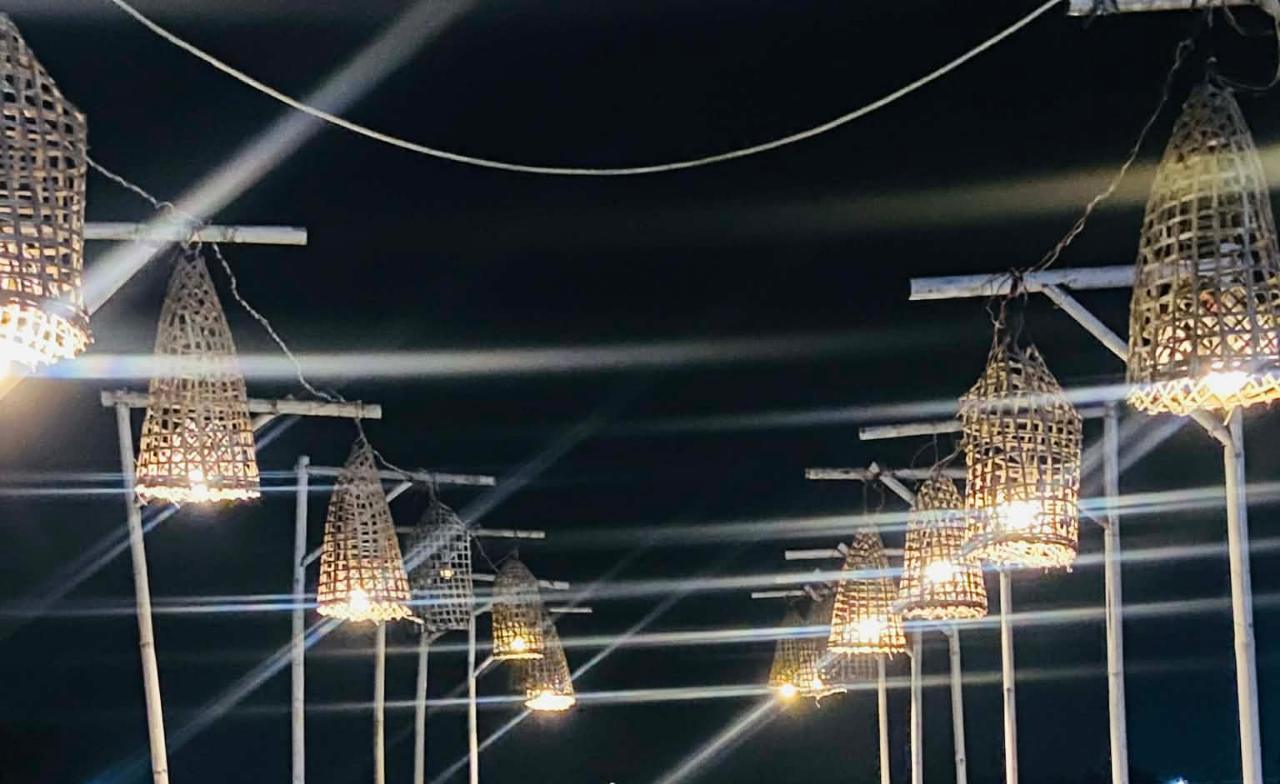
Repository: ridhukhan/chatapp
Page: / (app in frontend/)
These files come from the project's save history. The page is drawn as it stood at one moment and after the next save; the edit follows.
The browser window is 1280 px wide. The pictures show the whole page.
Backgrounds fixed to the window are drawn as part of the page. The project was rebuilt for these pictures with package versions that can differ from the ones it lists, and the page was loaded fresh each time. Also part of the build but not shown: frontend/vite.config.js, frontend/src/Pages/login/Login.jsx.

Above is the page before, as saved 2025-12-25 13:08:15.

After the next save:
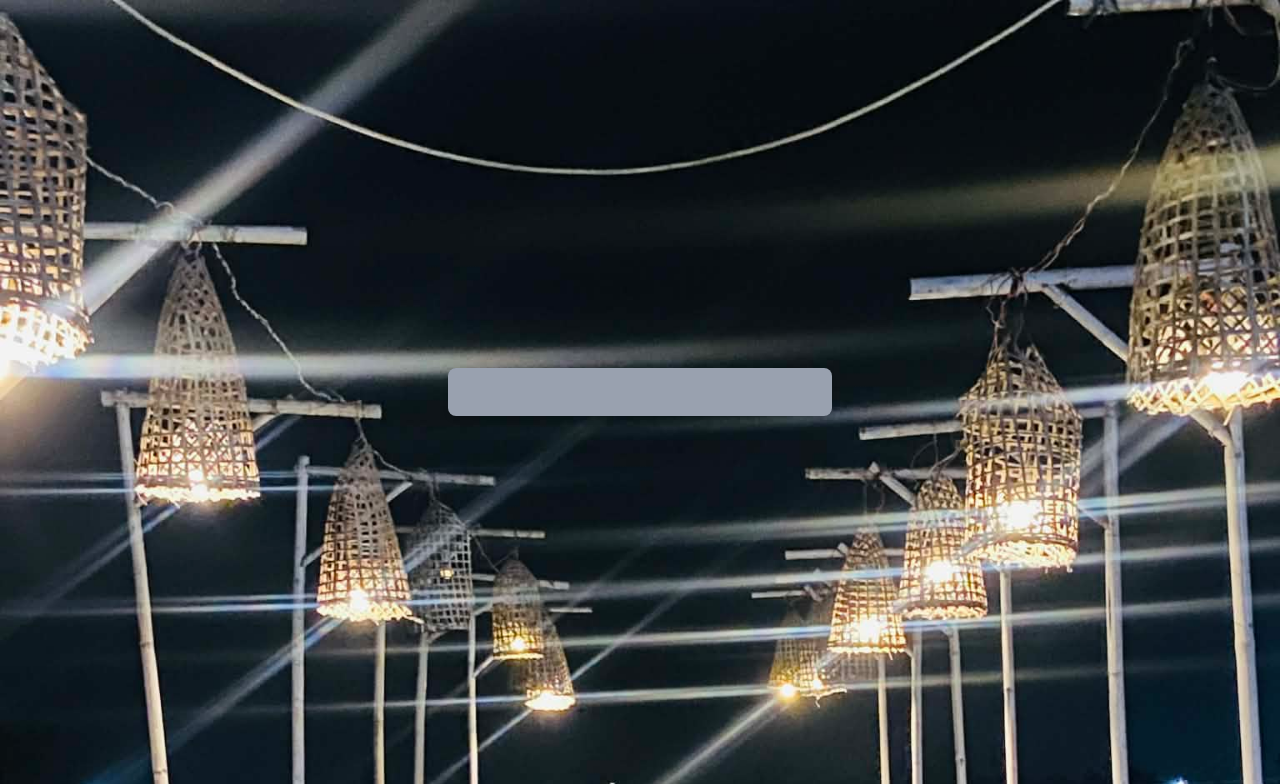
Saved 60 s later.
--- a/frontend/src/Pages/signup/SignUp.jsx
+++ b/frontend/src/Pages/signup/SignUp.jsx
@@ -4,7 +4,13 @@
   return (
     <div  className='flex flex-col items-center justify-center min-w-96 mx-auto'>
 
+<div  className='w-full p-6 rounded-lg shadow-md bg-gray-400 bg-clip-padding backdrop-filter backdrop-blur-lg bg-opacity-0'>
 
+
+
+
+
+</div>
 
 
 
